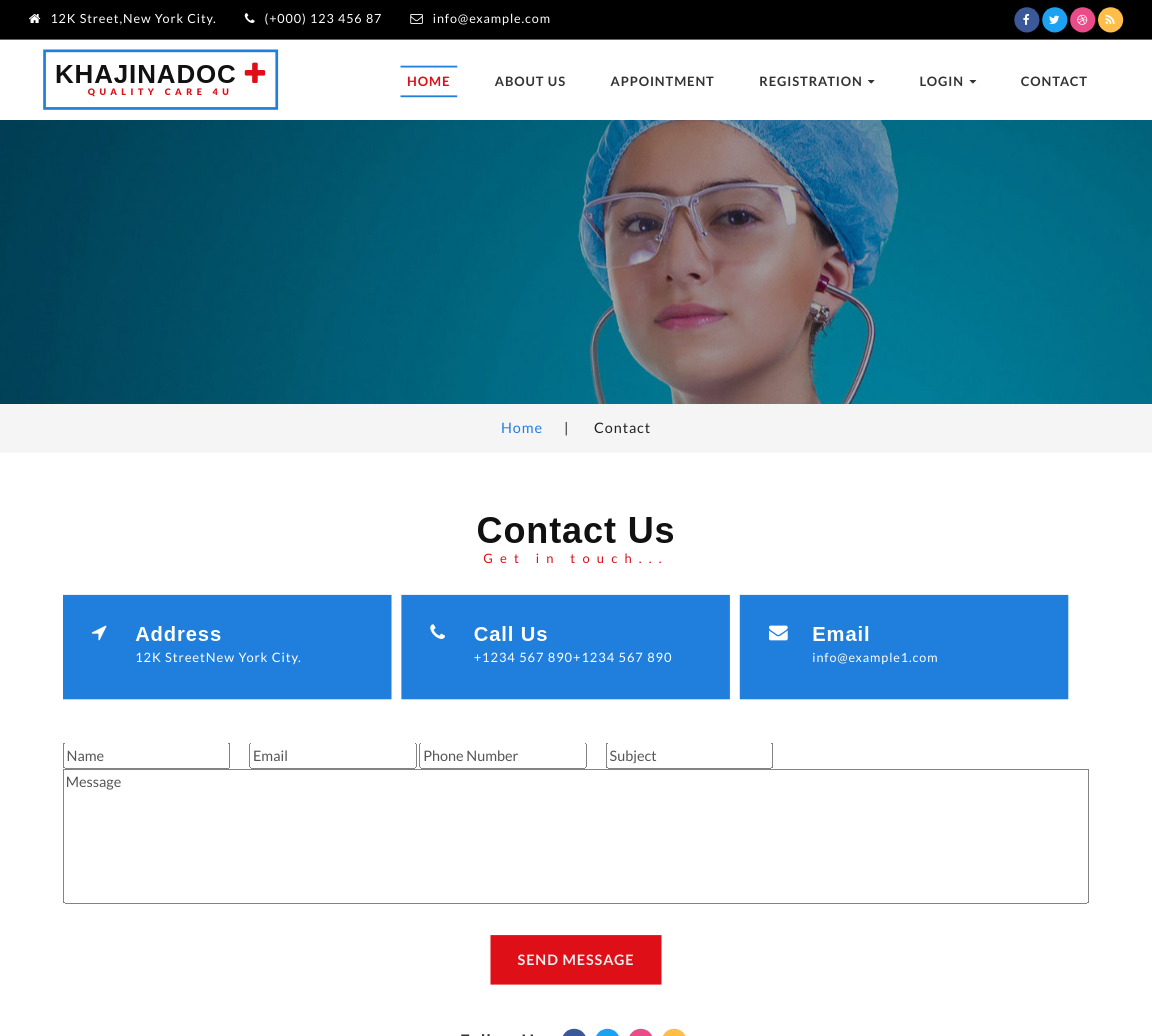
Repository: 72-faisal/work_to_do
Page: http://localhost/Khajina_Doctor/Patient_Login.jsp
An editor plug-in stored every save of this project. The page is shown before and after the next save, followed by the edit.
The browser window is 1280 px wide. The pictures show the part of the page from y = 0 to 1151 px (the page is 2255 px tall before and 2171 px after), at 90% of full size.
Pictures or frames that could not be fetched are drawn as grey boxes. Some web fonts or font styles are not loaded; a fallback is used. The page is served by Tomcat 9. Other server files are loaded and not shown.

Above is the page before, as saved 2023-04-10 11:15:21.

### Khajina_Doctor/Khajina_Doctor/src/main/webapp/Patient_Login.jsp
<%@ page language="java" contentType="text/html; charset=ISO-8859-1"
    pageEncoding="ISO-8859-1"%>

<!--
author: W3layouts
author URL: http://w3layouts.com
License: Creative Commons Attribution 3.0 Unported
License URL: http://creativecommons.org/licenses/by/3.0/
-->
<!DOCTYPE html>
<html lang="zxx">
<head>
<title>Health Plus a Medical Category Bootstrap Responsive Website Template | Contact :: w3layouts</title>
<!-- for-meta-tags-->
<meta name="viewport" content="width=device-width, initial-scale=1">
<meta http-equiv="Content-Type" content="text/html; charset=utf-8" />
<meta name="keywords" content="Health Plus Responsive web template, Bootstrap Web Templates, Flat Web Templates, Android Compatible web template,
Smartphone Compatible web template, free web designs for Nokia, Samsung, LG, SonyEricsson, Motorola web design" />
<script type="application/x-javascript"> addEventListener("load", function() { setTimeout(hideURLbar, 0); }, false);
		function hideURLbar(){ window.scrollTo(0,1); } </script>
<!-- //for-meta-tags-->
<link href="css/bootstrap.css" rel="stylesheet" type="text/css" media="all" />
<link href="css/style.css" rel="stylesheet" type="text/css" media="all" />
<!-- font-awesome icons -->
<link href="css/font-awesome.css" rel="stylesheet">
<!-- //font-awesome icons -->
<link href="//fonts.googleapis.com/css?family=Raleway:200,200i,300,300i,400,400i,500,500i,600,600i,700,700i,800" rel="stylesheet">
<link href="//fonts.googleapis.com/css?family=Lato:300,300i,400,400i,700,900" rel="stylesheet">
</head>

<body>
<div class="main" id="home">
<!-- banner -->
		<div class="header_agileinfo">
						<div class="w3_agileits_header_text">
							<ul class="top_agile_w3l_info_icons">
									<li><i class="fa fa-home" aria-hidden="true"></i>12K Street,New York City.</li>
									<li class="second"><i class="fa fa-phone" aria-hidden="true"></i>(+000) 123 456 87</li>

									<li><i class="fa fa-envelope-o" aria-hidden="true"></i><a href="mailto:maria@example.com">info@example.com</a></li>
								</ul>

						</div>
						<div class="agileinfo_social_icons">
							<ul class="agileits_social_list">
								<li><a href="#" class="w3_agile_facebook"><i class="fa fa-facebook" aria-hidden="true"></i></a></li>
								<li><a href="#" class="agile_twitter"><i class="fa fa-twitter" aria-hidden="true"></i></a></li>
								<li><a href="#" class="w3_agile_dribble"><i class="fa fa-dribbble" aria-hidden="true"></i></a></li>
								<li><a href="#" class="w3_agile_rss"><i class="fa fa-rss" aria-hidden="true"></i></a></li>
							</ul>
						</div>
						<div class="clearfix"> </div>
			</div>

		<div class="header-bottom">
				<nav class="navbar navbar-default">
				<!-- Brand and toggle get grouped for better mobile display -->
				<div class="navbar-header">
				  <button type="button" class="navbar-toggle collapsed" data-toggle="collapse" data-target="#bs-example-navbar-collapse-1">
					<span class="sr-only">Toggle navigation</span>
					<span class="icon-bar"></span>
					<span class="icon-bar"></span>
					<span class="icon-bar"></span>
				  </button>
					<div class="logo">
						<h1><a class="navbar-brand" href="index.jsp"><span>Khajina</span>Doc <i class="fa fa-plus" aria-hidden="true"></i> <p>Quality Care 4U</p></a></h1>
					</div>
				</div>

				<!-- Collect the nav links, forms, and other content for toggling -->
				<div class="collapse navbar-collapse nav-wil" id="bs-example-navbar-collapse-1">
					<nav class="menu menu--sebastian">
					<ul id="m_nav_list" class="m_nav menu__list">
						<li class="m_nav_item menu__item menu__item--current" id="m_nav_item_1"> <a href="index.jsp" class="menu__link"> Home </a></li>
						<li class="m_nav_item menu__item" id="moble_nav_item_2"> <a href="about.jsp" class="menu__link"> About Us </a> </li>
						<li class="m_nav_item menu__item" id="moble_nav_item_4"> <a href="appointment.jsp" class="menu__link">Appointment  </a> </li>
						<li class="m_nav_item menu__item" id="moble_nav_item_3 dropdown"> <a href="#" class="menu__link dropdown-toggle" data-toggle="dropdown">Registration  <b class="caret"></b></a>
						   <ul class="dropdown-menu agile_short_dropdown">
									<li><a href="Patient_Registration.jsp">As Patient</a></li>
									<li><a href="Doctor_Registration.jsp">As Doctor</a></li>
								</ul>
						</li>
						<li class="m_nav_item menu__item" id="moble_nav_item_3 dropdown"> <a href="#" class="menu__link dropdown-toggle" data-toggle="dropdown">Login  <b class="caret"></b></a>
						   <ul class="dropdown-menu agile_short_dropdown">
									<li><a href="Patient_Login.jsp">Patient Login</a></li>
									<li><a href="Doctor_Login.jsp">Doctor Login</a></li>
									<li><a href="Admin_Login.jsp">Admin Login</a></li>
						   </ul>
						</li>
						<li class="m_nav_item menu__item" id="moble_nav_item_6"> <a href="contact.jsp" class="menu__link"> Contact </a> </li>
					</ul>
				</nav>

				</div>
				<!-- /.navbar-collapse -->
			</nav>
	 </div>
</div>
<!-- banner -->
<!-- banner1 -->
	<div class="banner1 jarallax">
		<div class="container">
		</div>
	</div>

	<div class="services-breadcrumb">
		<div class="container">
			<ul>
				<li><a href="index.jsp">Home</a><i>|</i></li>
				<li>Contact</li>
			</ul>
		</div>
	</div>
<!-- //banner1 -->
	<div class="banner-bottom" id="about">
		<div class="container">
			<h2 class="w3_heade_tittle_agile">Contact Us</h2>
		    <p class="sub_t_agileits">Get in touch...</p>

           <div class="contact-top-agileits">
               <div class="col-md-4 contact-grid ">
					<div class="contact-grid1 agileits-w3layouts">
						<i class="fa fa-location-arrow"></i>
						<div class="con-w3l-info">
						   <h4>Address </h4>
						  <p>12K Street<span>New York City.</span></p>
						</div>
						<div class="clearfix"></div>
					</div>
				</div>
				<div class="col-md-4 contact-grid">
					<div class="contact-grid2 w3">
						<i class="fa fa-phone" aria-hidden="true"></i>
						<div class="con-w3l-info">
						  <h4>Call Us</h4>
						   <p>+1234 567 890<span>+1234 567 890</span></p>
						</div>
						<div class="clearfix"></div>
					</div>
				</div>
				<div class="col-md-4 contact-grid">
					<div class="contact-grid3 w3l">
						<i class="fa fa-envelope"></i>
						<div class="con-w3l-info">
						  <h4>Email</h4>
						  <p><a href="mailto:info@example.com">info@example1.com</a>

						  </p></div>
						  <div class="clearfix"></div>
					</div>
				</div>
				<div class="clearfix"></div>

			</div>
			<div class="contact-form-aits">
				 <form action="#" method="post">
					<input type="text" class="margin-right" name="Name" placeholder="Name" required="">
					<input type="email" name="Email" placeholder="Email" required="">
					<input type="text" class="margin-right" name="Phone Number" placeholder="Phone Number" required="">
					<input type="text" name="Subject" placeholder="Subject" required="">
					<textarea name="Message" placeholder="Message" required=""></textarea>
					<div class="send-button agileits w3layouts">
						<button class="btn btn-primary">SEND MESSAGE</button>
					</div>
				  </form>
				  <ul class="agileits_social_list two">
				        <li class="fallow"> Follow Us :</li>
								<li><a href="#" class="w3_agile_facebook"><i class="fa fa-facebook" aria-hidden="true"></i></a></li>
								<li><a href="#" class="agile_twitter"><i class="fa fa-twitter" aria-hidden="true"></i></a></li>
								<li><a href="#" class="w3_agile_dribble"><i class="fa fa-dribbble" aria-hidden="true"></i></a></li>
								<li><a href="#" class="w3_agile_rss"><i class="fa fa-rss" aria-hidden="true"></i></a></li>
							</ul>

			   </div>
	    </div>
	</div>

<div class="map_agile">
<iframe src="https://www.google.com/maps/embed?pb=!1m18!1m12!1m3!1d387142.84010033106!2d-74.25819252532891!3d40.70583163828471!2m3!1f0!2f0!3f0!3m2!1i1024!2i768!4f13.1!3m3!1m2!1s0x89c24fa5d33f083b%3A0xc80b8f06e177fe62!2sNew+York%2C+NY%2C+USA!5e0!3m2!1sen!2sin!4v1475140387172" style="border:0"></iframe>


</div>
<!-- footer -->
	<div class="footer">
		<div class="container">
			<h4>Subscribe to <span>Newsletter</span></h4>
			<form action="#" method="post">
				<input type="email" name="Email" placeholder="Enter Your Email..." required="">
				<input type="submit" value="Send">
			</form>
			<div class="agile_footer_copy">
				<div class="w3agile_footer_grids">
					<div class="col-md-4 w3agile_footer_grid">
						<h3>About Us</h3>
						<p>Duis aute irure dolor in reprehenderit in voluptate velit esse.<span>Excepteur sint occaecat cupidatat
							non proident, sunt in culpa qui officia deserunt mollit.</span></p>
					</div>
					<div class="col-md-4 w3agile_footer_grid">
						<h3>Contact Info</h3>
						<ul>
							<li><i class="fa fa-map-marker" aria-hidden="true"></i>1234k Avenue, 4th block, <span>New York City.</span></li>
							<li><i class="fa fa-envelope-o" aria-hidden="true"></i><a href="mailto:info@example.com">info@example.com</a></li>
							<li><i class="fa fa-phone" aria-hidden="true"></i>+1234 567 567</li>
						</ul>
					</div>
					<div class="col-md-4 w3agile_footer_grid w3agile_footer_grid1">
						<h3>Navigation</h3>
						<ul>
							<li><span class="fa fa-long-arrow-right" aria-hidden="true"></span><a href="appointment.jsp">Appointment</a></li>
							<li><span class="fa fa-long-arrow-right" aria-hidden="true"></span><a href="about.jsp">About</a></li>
							<li><span class="fa fa-long-arrow-right" aria-hidden="true"></span><a href="contact.jsp">Contact Us</a></li>
						</ul>
					</div>
					<div class="clearfix"> </div>
				</div>
			</div>
			<div class="w3_agileits_copy_right_social">
				<div class="col-md-6 agileits_w3layouts_copy_right">
					<p>&copy; 2017 Health Plus. All rights reserved | Design by <a href="http://w3layouts.com/">W3layouts</a></p>
				</div>
				<div class="col-md-6 w3_agile_copy_right">
					<ul class="agileits_social_list">
								<li><a href="#" class="w3_agile_facebook"><i class="fa fa-facebook" aria-hidden="true"></i></a></li>
								<li><a href="#" class="agile_twitter"><i class="fa fa-twitter" aria-hidden="true"></i></a></li>
								<li><a href="#" class="w3_agile_dribble"><i class="fa fa-dribbble" aria-hidden="true"></i></a></li>
								<li><a href="#" class="w3_agile_rss"><i class="fa fa-rss" aria-hidden="true"></i></a></li>
							</ul>
				</div>
				<div class="clearfix"> </div>
			</div>
		</div>
	</div>
<!-- //footer -->
<a href="#" id="toTop" style="display: block;"> <span id="toTopHover" style="opacity: 1;"> </span></a>
 <!-- js -->
<script src="js/jquery-2.2.3.min.js"></script>
<!-- bootstrap-pop-up -->
	<div class="modal video-modal fade" id="myModal" tabindex="-1" role="dialog" aria-labelledby="myModal">
		<div class="modal-dialog" role="document">
			<div class="modal-content">
				<div class="modal-header">
					Health Plus
					<button type="button" class="close" data-dismiss="modal" aria-label="Close"><span aria-hidden="true">&times;</span></button>
				</div>
				<section>
					<div class="modal-body">
						<img src="images/g9.jpg" alt=" " class="img-responsive" />
						<p>Ut enim ad minima veniam, quis nostrum
							exercitationem ullam corporis suscipit laboriosam,
							nisi ut aliquid ex ea commodi consequatur? Quis autem
							vel eum iure reprehenderit qui in ea voluptate velit
							esse quam nihil molestiae consequatur, vel illum qui
							dolorem eum fugiat quo voluptas nulla pariatur.
							<i>" Quis autem vel eum iure reprehenderit qui in ea voluptate velit
								esse quam nihil molestiae consequatur.</i></p>
					</div>
				</section>
			</div>
		</div>
	</div>
<!-- //bootstrap-pop-up -->
<!-- start-smoth-scrolling -->
<script type="text/javascript" src="js/move-top.js"></script>
<script type="text/javascript" src="js/easing.js"></script>
<script type="text/javascript">
	jQuery(document).ready(function($) {
		$(".scroll").click(function(event){
			event.preventDefault();
			$('html,body').animate({scrollTop:$(this.hash).offset().top},1000);
		});
	});
</script>
<!-- start-smoth-scrolling -->
			<script src="js/jarallax.js"></script>
	<script src="js/SmoothScroll.min.js"></script>
	<script type="text/javascript">
		/* init Jarallax */
		$('.jarallax').jarallax({
			speed: 0.5,
			imgWidth: 1366,
			imgHeight: 768
		})
	</script>

	<script src="js/bootstrap.js"></script>
<!-- //for bootstrap working -->
<!-- here stars scrolling icon -->
	<script type="text/javascript">
		$(document).ready(function() {
			/*
				var defaults = {
				containerID: 'toTop', // fading element id
				containerHoverID: 'toTopHover', // fading element hover id
				scrollSpeed: 1200,
				easingType: 'linear'
				};
			*/

			$().UItoTop({ easingType: 'easeOutQuart' });

			});
	</script>
<!-- //here ends scrolling icon -->
</body>
</html>

Loaded but not shown: Khajina_Doctor/Khajina_Doctor/src/main/webapp/css/bootstrap.css (library); Khajina_Doctor/Khajina_Doctor/src/main/webapp/css/font-awesome.css (library); Khajina_Doctor/Khajina_Doctor/src/main/webapp/js/jquery-2.2.3.min.js (library); Khajina_Doctor/Khajina_Doctor/src/main/webapp/js/SmoothScroll.min.js (library); Khajina_Doctor/Khajina_Doctor/src/main/webapp/js/bootstrap.js (library); Khajina_Doctor/Khajina_Doctor/src/main/webapp/js/jarallax.js (433 lines, source omitted); Khajina_Doctor/Khajina_Doctor/src/main/webapp/js/easing.js (140 lines, source omitted); Khajina_Doctor/Khajina_Doctor/src/main/webapp/js/move-top.js (5 lines, source omitted); Khajina_Doctor/Khajina_Doctor/src/main/webapp/css/style.css (4106 lines, source omitted)

After the next save:
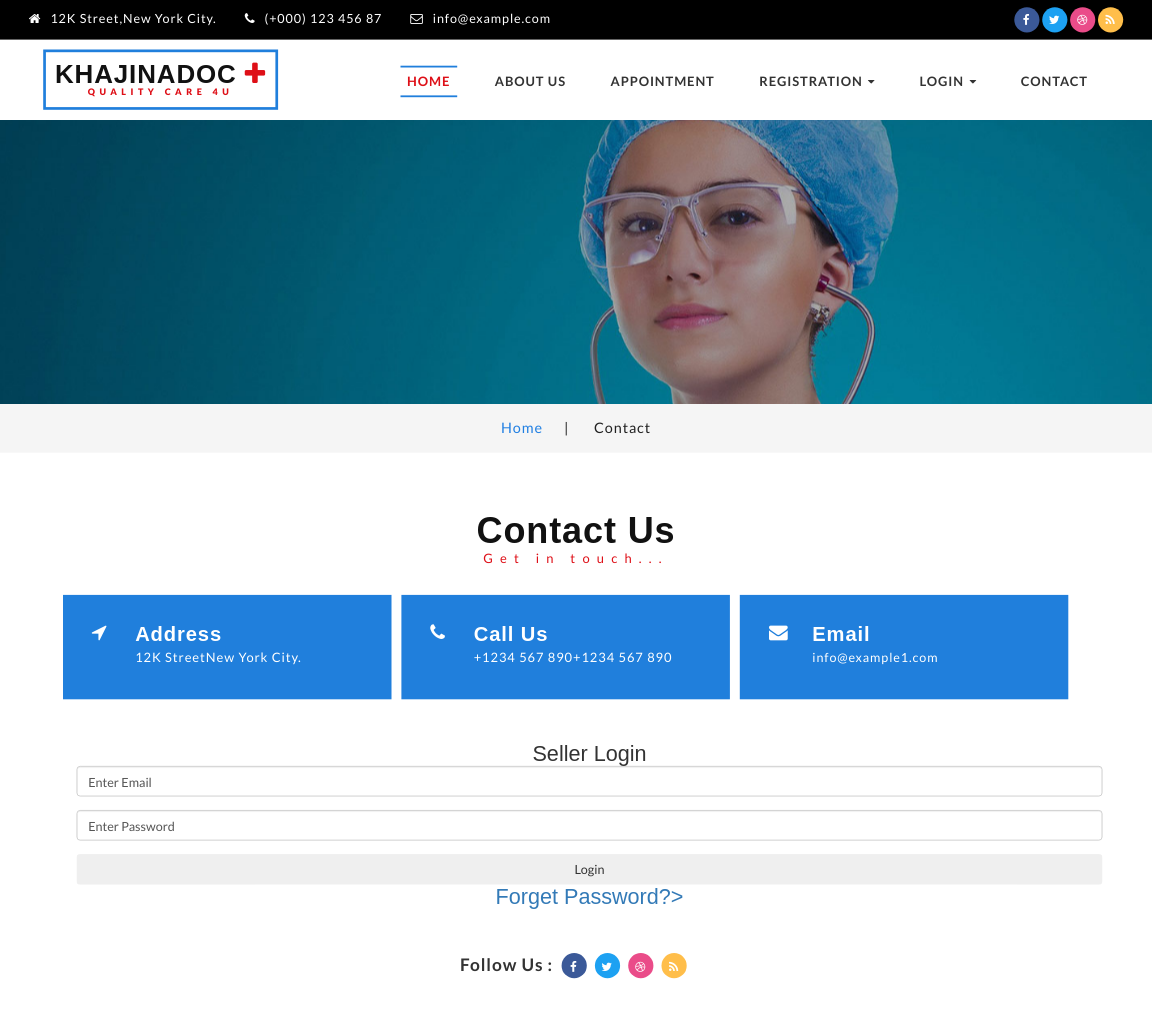
Saved 112 s later.
--- a/Khajina_Doctor/Khajina_Doctor/src/main/webapp/Patient_Login.jsp
+++ b/Khajina_Doctor/Khajina_Doctor/src/main/webapp/Patient_Login.jsp
@@ -153,16 +153,33 @@ Smartphone Compatible web template, free web designs for Nokia, Samsung, LG, Son
 
 			</div>
 			<div class="contact-form-aits">
-				 <form action="#" method="post">
-					<input type="text" class="margin-right" name="Name" placeholder="Name" required="">
-					<input type="email" name="Email" placeholder="Email" required="">
-					<input type="text" class="margin-right" name="Phone Number" placeholder="Phone Number" required="">
-					<input type="text" name="Subject" placeholder="Subject" required="">
-					<textarea name="Message" placeholder="Message" required=""></textarea>
-					<div class="send-button agileits w3layouts">
-						<button class="btn btn-primary">SEND MESSAGE</button>
-					</div>
-				  </form>
+				 <!--contact -->
+      <section class="contact py-lg-4 py-md-3 py-sm-3 py-3">
+         <div class="container py-lg-5 py-md-4 py-sm-4 py-3">
+            <h3 class="title text-center mb-lg-5 mb-md-4 mb-sm-4 mb-3">Seller Login</h3>
+            <div class="contact-list-grid">
+
+               <form action="PatientController" method="post">
+                  <div class=" agile-wls-contact-mid">
+
+
+                   <div class="form-group contact-forms">
+                        <input type="email" class="form-control" placeholder="Enter Email" name="pemail">
+                     </div>
+                   <div class="form-group contact-forms">
+                        <input type="password" class="form-control" placeholder="Enter Password" name="ppassword">
+                    </div>
+                    <button type="submit" name="action" value="login"  class="btn btn-block sent-butnn">Login</button>
+                  </div>
+
+               </form>
+                <h3 class="title text-center mb-lg-5 mb-md-4 mb-sm-4 mb-3">
+               	<a href="seller-forgetpassword.jsp">Forget Password?></a>
+               </h3>
+            </div>
+         </div>
+         <!--//contact-map -->
+      </section>
 				  <ul class="agileits_social_list two">
 				        <li class="fallow"> Follow Us :</li>
 								<li><a href="#" class="w3_agile_facebook"><i class="fa fa-facebook" aria-hidden="true"></i></a></li>
